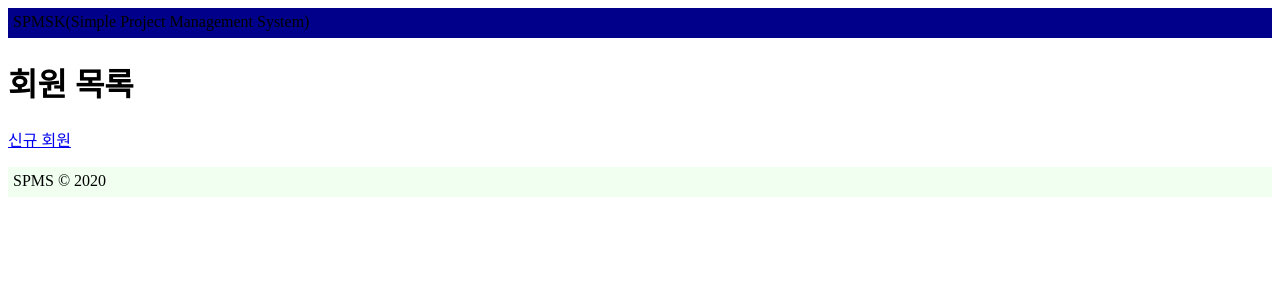
Repository: junyoung4213/JSP
Page: http://localhost/_26_MVC_forward_include/member/list
The author's editor kept a copy of each file at every save. The page is drawn from the files as they stood at one save, then again after the next save.
The browser window is 1280 px wide. The pictures show the whole page.
The page is served by Tomcat 9. Other server files are loaded and not shown. Queries for data that is not in the repository find no rows.

Above is the page before, as saved 2020-04-13 09:03:56.

### Servlet_JSP/lecture/_26_MVC_forward_include/WebContent/member/MemberList.jsp
<%@ page language="java" contentType="text/html; charset=UTF-8" pageEncoding="UTF-8"%>
<%@ page import="spms.vo.Member"%>
<%@ page import="java.util.ArrayList"%>
<!DOCTYPE html>
<html>
<head>
<meta charset="UTF-8">
<title>회원 목록</title>
</head>
<body>
	<jsp:include page="/Header.jsp"/>
	<h1>회원 목록</h1>
	<p>
		<a href="add">신규 회원</a>
	</p>
	<%
		ArrayList<Member> members = (ArrayList<Member>) request.getAttribute("members");
		for (Member member : members) {
	%>
	<%=member.getNo()%>,
	<a href="update?no=<%=member.getNo()%>"> <%=member.getName()%>
	</a> ,
	<%=member.getEmail()%>,
	<%=member.getCreatedDate()%>,
	<a href="delete?no=<%=member.getNo()%>"> [삭제] </a>
	<br>
	<%
		}
	%>
	<jsp:include page="/Tail.jsp"/>
</body>
</html>

### Servlet_JSP/lecture/_26_MVC_forward_include/WebContent/Header.jsp
<%@ page language="java" contentType="text/html; charset=UTF-8"
    pageEncoding="UTF-8"%>
<div style="background-color:#00008b; color: black; height: 20px; padding: 5px;">
SPMSK(Simple Project Management System)
</div>

### Servlet_JSP/lecture/_26_MVC_forward_include/WebContent/Tail.jsp
<%@ page language="java" contentType="text/html; charset=UTF-8"
    pageEncoding="UTF-8"%>
<div style="background-color:#f0fff0; height: 20px; padding: 5px; margin-top: 10px;">
SPMS &copy; 2020
</div>

### Servlet_JSP/lecture/_26_MVC_forward_include/src/spms/servlets/MemberListServlet.java
package spms.servlets;

import java.io.IOException;
import java.sql.Connection;
import java.sql.DriverManager;
import java.sql.ResultSet;
import java.sql.Statement;
import java.util.ArrayList;

import javax.servlet.RequestDispatcher;
import javax.servlet.ServletContext;
import javax.servlet.ServletException;
import javax.servlet.annotation.WebServlet;
import javax.servlet.http.HttpServlet;
import javax.servlet.http.HttpServletRequest;
import javax.servlet.http.HttpServletResponse;

import spms.vo.Member;

@SuppressWarnings("serial")
@WebServlet("/member/list")
public class MemberListServlet extends HttpServlet {

	@Override
	protected void doGet(HttpServletRequest req, HttpServletResponse resp) throws ServletException, IOException {
		Connection conn = null; // MySQL 연결담당
		Statement stmt = null; // SQL문 담당
		ResultSet rs = null; // SELECT문의 결과 담당

		final String sqlSelect = "SELECT mno,mname,email,cre_date" + "\r\n" + "FROM members" + "\r\n"
				+ "ORDER BY mno ASC";

		try {
			ServletContext sc = this.getServletContext();
			// DriverManager.registerDriver(new com.mysql.cj.jdbc.Driver());
			Class.forName(sc.getInitParameter("driver"));
			conn = DriverManager.getConnection(sc.getInitParameter("url"), sc.getInitParameter("username"),
					sc.getInitParameter("password"));
			stmt = conn.createStatement();
			rs = stmt.executeQuery(sqlSelect);

			resp.setContentType("text/html; charset=UTF-8"); // 먼저 호출

			// 회원이 여러명이니까 ArrayList에 회원전체를 담자
			// 이 ArrayList객체를 jsp에서 사용할 수 있도록 공유하자
			ArrayList<Member> members = new ArrayList<Member>();

			// db에서 꺼내서 member 객체에 담자
			while (rs.next()) {
				members.add(new Member().setNo(rs.getInt("mno")).setName(rs.getString("mname"))
						.setEmail(rs.getString("email")).setCreatedDate(rs.getDate("cre_date")));
			}

			// jsp에 전달하기 위해 request의 공유공간에 저장한다
			req.setAttribute("members", members);

			// JSP로 출력을 위임한다
			RequestDispatcher rd = req.getRequestDispatcher("/member/MemberList.jsp");
			rd.include(req, resp);
			/*
			 * jsp로 위임하는 방식 2가지
			 * 1) forward : 제어권을 아예 넘겨준다
			 * 2) include : 실행이 끝나면 제어권을 넘겨받는다.
			 */
		} catch (Exception e) {
			throw new ServletException(e);
		} finally {
			try {
				if (rs != null)
					rs.close();
			} catch (Exception e) {
				e.printStackTrace();
			}
			try {
				if (stmt != null)
					stmt.close();
			} catch (Exception e) {
				e.printStackTrace();
			}
			try {
				if (conn != null)
					conn.close();
			} catch (Exception e) {
				e.printStackTrace();
			}
		}
	}
}

After the next save:
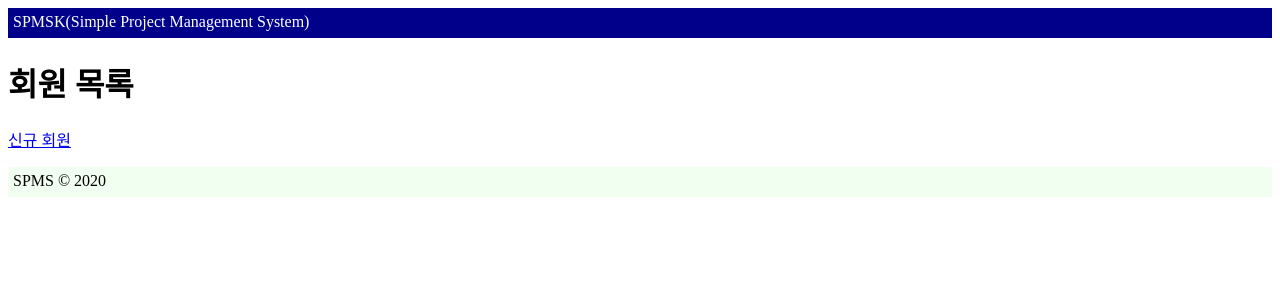
Saved 65 s later.
--- a/Servlet_JSP/lecture/_26_MVC_forward_include/WebContent/Header.jsp
+++ b/Servlet_JSP/lecture/_26_MVC_forward_include/WebContent/Header.jsp
@@ -1,5 +1,5 @@
 <%@ page language="java" contentType="text/html; charset=UTF-8"
     pageEncoding="UTF-8"%>
-<div style="background-color:#00008b; color: black; height: 20px; padding: 5px;">
+<div style="background-color:#00008b; color: white; height: 20px; padding: 5px;">
 SPMSK(Simple Project Management System)
 </div>
